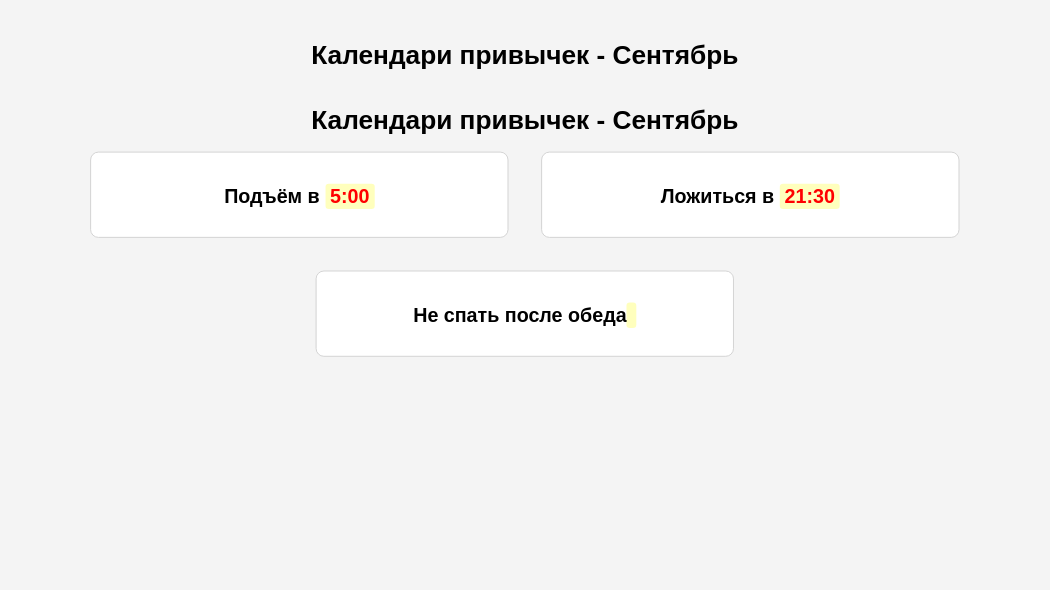
Repository: Pavel1776/doublecalendar
Page: index.html
These files come from the project's save history. The page is drawn as it stood at one moment and after the next save; the edit follows.
The browser window is 1280 px wide. The pictures show the whole page, at 82% of full size.

Above is the page before, as saved 2025-09-18 04:17:18.
Console error: SyntaxError: Identifier 'daysInSeptember' has already been declared

### index.html
<!DOCTYPE html>
<html lang="ru">

<head>
  <meta charset="UTF-8" />
  <meta name="viewport" content="width=device-width, initial-scale=1.0" />
  <title>Календари привычек</title>
  <link href="style.css" rel="stylesheet" />
</head>

<body>
  <h1>Календари привычек - Сентябрь</h1>

  <div class="calendars-container" id="calendars"></div>

  <script src="script.js"></script>
</body>

</html>
<!DOCTYPE html>
<html lang="ru">

<head>
  <meta charset="UTF-8" />
  <meta name="viewport" content="width=device-width, initial-scale=1.0" />
  <link href="style.css" rel="stylesheet" />
  <title>Календари привычек</title>
</head>

<body>

  <h1>Календари привычек - Сентябрь</h1>

  <div class="calendars-container">
    <!-- Первый календарь -->
    <div class="calendar">
      <h2>Подъём в <span class="highlight">5:00</span></h2>
      <div class="calendar-grid" id="calendar1"></div>
    </div>

    <!-- Второй календарь -->
    <div class="calendar">
      <h2>Ложиться в <span class="highlight">21:30</span></h2>
      <div class="calendar-grid" id="calendar2"></div>
    </div>
    <!-- Третий календарь -->
    <div class="calendar">
      <h2>Не спать после обеда <span class="highlight"></span></h2>
      <div class="calendar-grid" id="calendar3"></div>
    </div>
  </div>


  <script src="script.js"></script>
</body>

</html>

### style.css
body {
  font-family: Arial, sans-serif;
  background: #f4f4f4;
  display: flex;
  flex-direction: column;
  align-items: center;
  padding: 20px;
}

h1 {
  margin-bottom: 20px;
}

.calendars-container {
  display: flex;
  justify-content: center;
  gap: 40px;
  flex-wrap: wrap;
}

.calendar {
  background: #fff;
  border: 1px solid #ccc;
  border-radius: 10px;
  padding: 20px;
  text-align: center;
  min-width: 460px;
}

.calendar h2 {
  margin-bottom: 15px;
}

.calendar-grid {
  display: grid;
  grid-template-columns: repeat(7, 60px);
  gap: 8px;
}

.day {
  width: 60px;
  height: 60px;
  display: flex;
  align-items: center;
  justify-content: center;
  background: white;
  border: 1px solid #ccc;
  font-size: 18px;
  cursor: pointer;
  position: relative;
  user-select: none;
  border-radius: 6px;
}

/* ✔ зелёная галочка */
.day.success::after {
  content: "✔";
  color: white;
  background-color: rgba(0, 200, 0, 0.6);
  border-radius: 50%;
  width: 60px;
  height: 60px;
  display: flex;
  align-items: center;
  justify-content: center;
  font-size: 30px;
  position: absolute;
  top: 0;
  left: 0;
  pointer-events: none;
  font-family: Arial, sans-serif;
}

/* ✖ красный крестик */
.day.fail::after {
  content: "✖";
  color: rgba(255, 0, 0, 0.6);
  font-size: 40px;
  position: absolute;
  top: 50%;
  left: 50%;
  transform: translate(-50%, -50%);
  pointer-events: none;
  font-family: Arial, sans-serif;
}

.highlight {
  font-weight: bold;
  color: red;
  background-color: rgba(255, 255, 0, 0.26);
  padding: 2px 6px;
  border-radius: 4px;
}

### script.js
const daysInSeptember = 30;

/**
 * Рисует календарь в контейнере containerId.
 * Каждый день хранит статус в localStorage под ключом storageKey:
 * объект { "1": "success", "2": "fail", ... }
 */
function renderCalendar(containerId, storageKey) {
  const calendar = document.getElementById(containerId);
  if (!calendar) return;

  // Загружаем статус (объект)
  let dayStatus = JSON.parse(localStorage.getItem(storageKey)) || {};

  // Отрисовываем дни
  for (let i = 1; i <= daysInSeptember; i++) {
    const day = document.createElement("div");
    day.classList.add("day");
    day.textContent = i;

    // Восстановить статус (если есть)
    if (dayStatus[i] === "success") day.classList.add("success");
    if (dayStatus[i] === "fail") day.classList.add("fail");

    // Клик: пусто -> success -> fail -> пусто
    day.addEventListener("click", () => {
      if (day.classList.contains("success")) {
        day.classList.remove("success");
        day.classList.add("fail");
        dayStatus[i] = "fail";
      } else if (day.classList.contains("fail")) {
        day.classList.remove("fail");
        delete dayStatus[i];
      } else {
        day.classList.add("success");
        dayStatus[i] = "success";
      }

      // Сохраняем обновлённый объект в localStorage
      localStorage.setItem(storageKey, JSON.stringify(dayStatus));
    });

    calendar.appendChild(day);
  }
}

// Отрисовать оба календаря (разные ключи в localStorage)
renderCalendar("calendar1", "morningStatus");
renderCalendar("calendar2", "bedtimeStatus");
renderCalendar("calendar3", "bedtimeStatus");

After the next save:
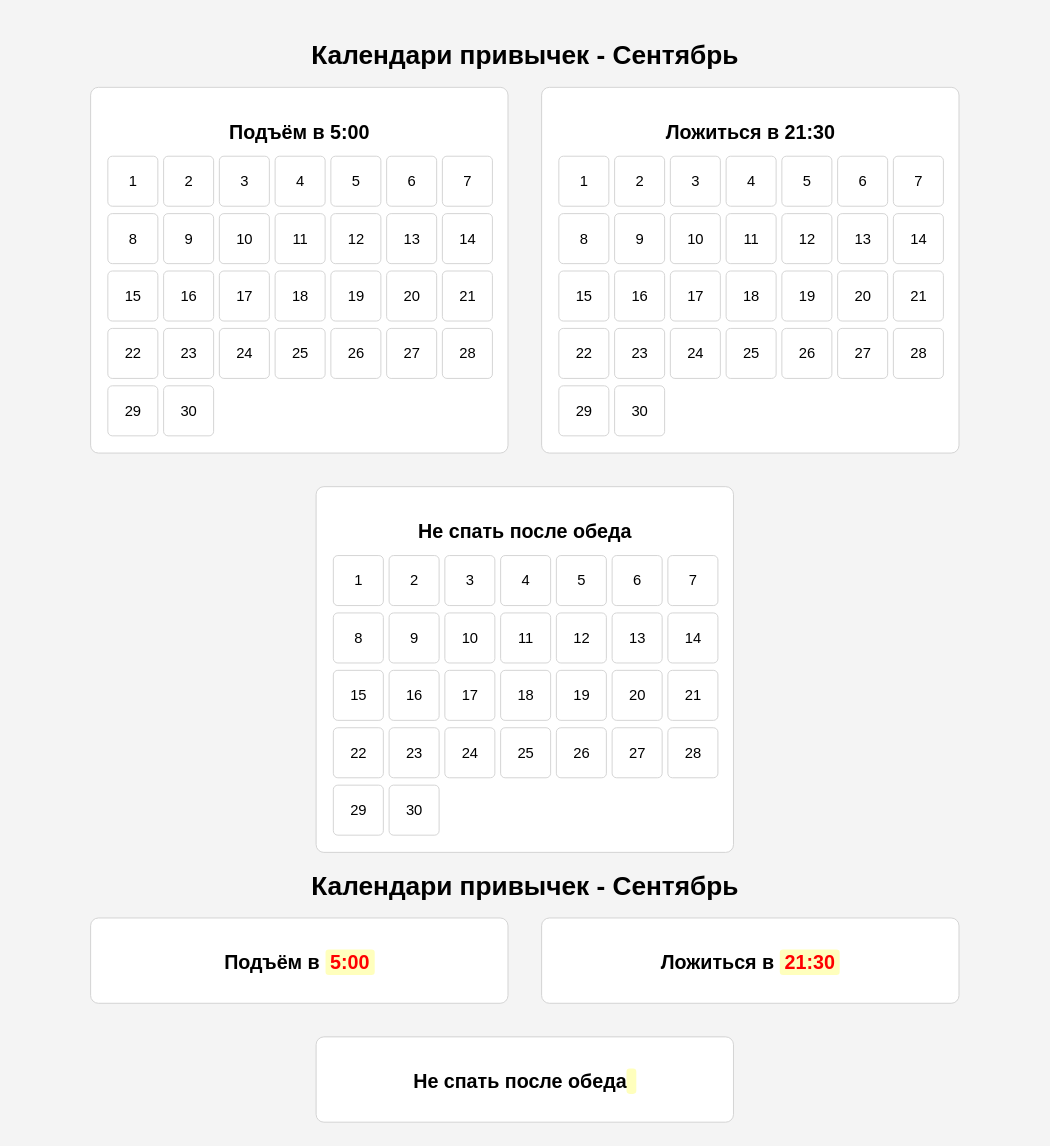
Saved 17 s later.
--- a/script.js
+++ b/script.js
@@ -1,28 +1,37 @@
 const daysInSeptember = 30;
 
-/**
- * Рисует календарь в контейнере containerId.
- * Каждый день хранит статус в localStorage под ключом storageKey:
- * объект { "1": "success", "2": "fail", ... }
- */
-function renderCalendar(containerId, storageKey) {
-  const calendar = document.getElementById(containerId);
-  if (!calendar) return;
+// Список привычек (можешь добавлять сюда новые)
+const habits = [
+  { id: "morning", title: "Подъём в 5:00" },
+  { id: "bedtime", title: "Ложиться в 21:30" },
+  { id: "noNap", title: "Не спать после обеда" }
+];
 
-  // Загружаем статус (объект)
+// Функция рендеринга календаря
+function renderCalendar(containerId, storageKey, title) {
+  const container = document.getElementById(containerId);
+
+  const calendarDiv = document.createElement("div");
+  calendarDiv.classList.add("calendar");
+
+  const titleEl = document.createElement("h2");
+  titleEl.innerHTML = title;
+  calendarDiv.appendChild(titleEl);
+
+  const grid = document.createElement("div");
+  grid.classList.add("calendar-grid");
+
+  // Загружаем статус дней
   let dayStatus = JSON.parse(localStorage.getItem(storageKey)) || {};
 
-  // Отрисовываем дни
   for (let i = 1; i <= daysInSeptember; i++) {
     const day = document.createElement("div");
     day.classList.add("day");
     day.textContent = i;
 
-    // Восстановить статус (если есть)
     if (dayStatus[i] === "success") day.classList.add("success");
     if (dayStatus[i] === "fail") day.classList.add("fail");
 
-    // Клик: пусто -> success -> fail -> пусто
     day.addEventListener("click", () => {
       if (day.classList.contains("success")) {
         day.classList.remove("success");
@@ -36,15 +45,18 @@
         dayStatus[i] = "success";
       }
 
-      // Сохраняем обновлённый объект в localStorage
       localStorage.setItem(storageKey, JSON.stringify(dayStatus));
     });
 
-    calendar.appendChild(day);
+    grid.appendChild(day);
   }
+
+  calendarDiv.appendChild(grid);
+  container.appendChild(calendarDiv);
 }
 
-// Отрисовать оба календаря (разные ключи в localStorage)
-renderCalendar("calendar1", "morningStatus");
-renderCalendar("calendar2", "bedtimeStatus");
-renderCalendar("calendar3", "bedtimeStatus");
+// Отрисовка всех календарей
+const calendarsContainer = document.getElementById("calendars");
+habits.forEach(habit => {
+  renderCalendar("calendars", habit.id, habit.title);
+});
